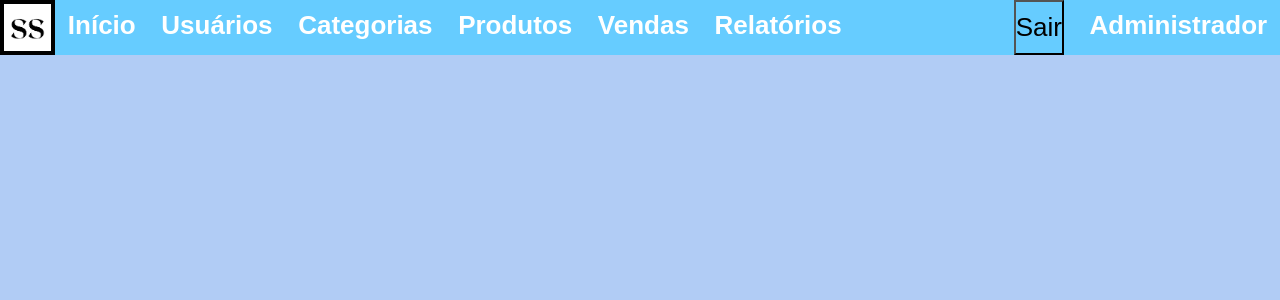
Repository: FaculdadeSenaiJoinville/PiMichelBaade
Page: ProjetoIndividual/WebContent/pages/admin/adminInicio.html
An editor plug-in stored every save of this project. The page is shown before and after the next save, followed by the edit.
The browser window is 1280 px wide. The pictures show the whole page.

Above is the page before, as saved 2021-08-14 00:49:51.

### ProjetoIndividual/WebContent/pages/admin/adminInicio.html
<!DOCTYPE html>
<html>
<head>
<meta charset="UTF-8">
	<meta name="description" content="Site da Software dos Sonhos">
	<meta name="keywords" content="Padaria, Software, Sonhos">
	<meta name="author" content="Michel Baade">
	<meta name="viewport" content="width=device-width, initial-scale=1.0">
<title>Software dos Sonhos</title>
<link rel="stylesheet" type="text/css" href="../../css/site.css">
</head>
<body>
<nav>
<div ><img src="../../imgs/logomenor.png" alt="Logo da Software dos Sonhos" id="logomenor"></div>
<a href="#"><div class="opcao">Início</div></a>
<a href="#"><div class="opcao">Usuários</div></a>
<a href="#"><div class="opcao">Categorias</div></a>
<a href="#"><div class="opcao">Produtos</div></a>
<a href="#"><div class="opcao">Vendas</div></a>
<a href="#"><div class="opcao">Relatórios</div></a>
<a href="#"><div class="usuario">Administrador</div></a>
<button class="usuario">Sair</button>
</nav>



</body>
</html>

### ProjetoIndividual/WebContent/css/site.css
@charset "UTF-8";

body{
	width: 100%;
	margin: 0 auto;
	font-family: "Century Gothic", sans-serif;
	height: 100%;
	font-weight: bold;
	background-color: #b1ccf5;
}
img{
	border:4px solid #000;
	max-width:125px;
  	max-height:125px;
}
#logomenor{
	height: auto;
    width: auto;
    max-width: 47px;
    max-height: 47px;
}
form{
	border:4px solid #000;
	width: 33%;
	margin: 100px auto;
	height: 33%;
	padding: 3%;
	background-color: #FFF;
}
#logo{
	text-align: center;
}
#camposlogin{
	margin: 15px;
	text-align: center;
}
a{
	text-decoration: underline;
}
button {
	width: 25%;
	font-size: 16px;
	margin: 0 10%;
	background-color: #FFF;
}

input{
	margin: 10px auto;
}

nav{
	clear: both;
	width: 100%;
	margin: 0px auto;
	height: 55px;
	background-color: #66ccff;
}
nav a{
	color: white;
	text-decoration: none;
	text-align: center;
}
nav .opcao{
	float: left;
	width: auto;
	background-color: #66ccff;
	padding: 10px 0;
	margin: 0 1%;
	font-size: 26px;
}
.usuario{
	float: right;
	width: auto;
	background-color: #66ccff;
	padding: 10px 0;
	margin: 0 1%;
	font-size: 26px;
}
nav .opcao:hover{
	background-color: #83afd3;
}
nav #logomenor{
	float: left;
	height: 55px;
	width: 55px;
}
#usuario{
	text-align: right;
}

After the next save:
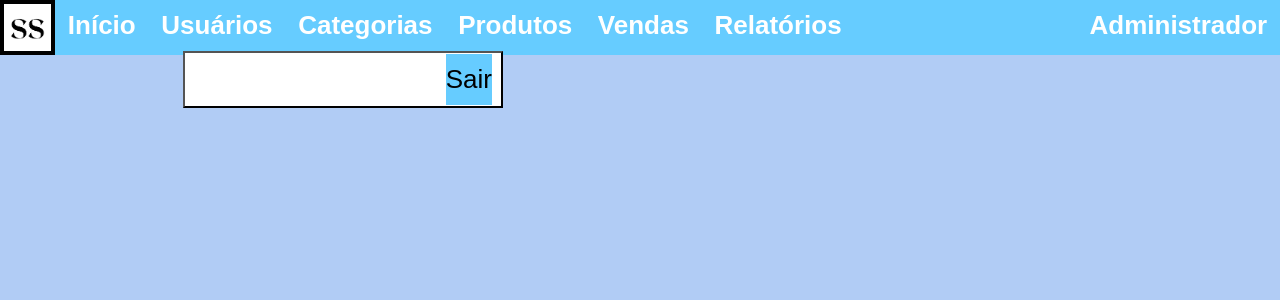
Saved 61 s later.
--- a/ProjetoIndividual/WebContent/pages/admin/adminInicio.html
+++ b/ProjetoIndividual/WebContent/pages/admin/adminInicio.html
@@ -19,7 +19,7 @@
 <a href="#"><div class="opcao">Vendas</div></a>
 <a href="#"><div class="opcao">Relatórios</div></a>
 <a href="#"><div class="usuario">Administrador</div></a>
-<button class="usuario">Sair</button>
+<button><div class="usuario">Sair</div></button>
 </nav>
 
 
